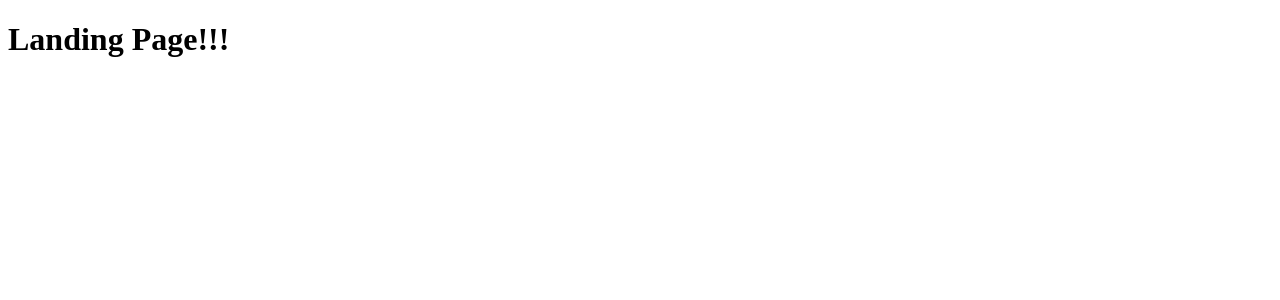
Repository: manojsatya/Web_development
Page: Bootstrap_landing_Page/index.html
These files come from the project's save history. The page is drawn as it stood at one moment and after the next save; the edit follows.
The browser window is 1280 px wide. The pictures show the whole page.

Above is the page before, as saved 2019-05-28 18:48:14.

### Bootstrap_landing_Page/index.html
<!DOCTYPE html>
<html lang="en">
<head>
    <meta charset="UTF-8">
    <meta name="viewport" content="width=device-width, initial-scale=1.0">
    <meta http-equiv="X-UA-Compatible" content="ie=edge">
    <title>Perrrfect Match!!!</title>
</head>
<body>

    <h1>Landing Page!!!</h1>

</body>
</html>

After the next save:
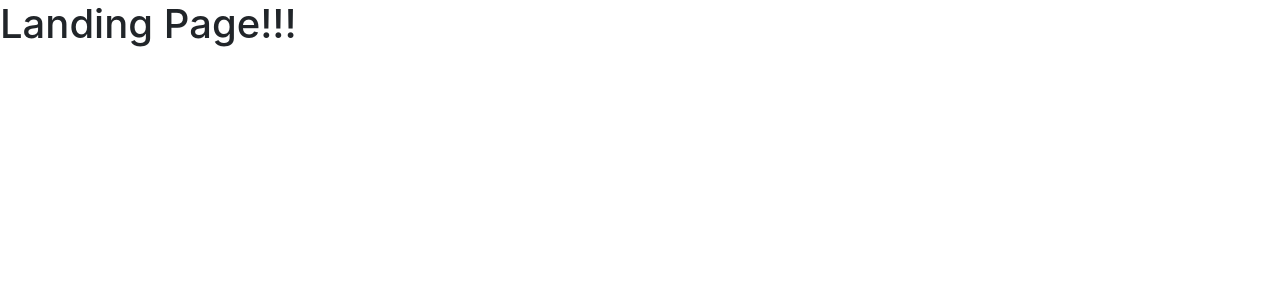
Saved 51 s later.
--- a/Bootstrap_landing_Page/index.html
+++ b/Bootstrap_landing_Page/index.html
@@ -5,6 +5,7 @@
     <meta name="viewport" content="width=device-width, initial-scale=1.0">
     <meta http-equiv="X-UA-Compatible" content="ie=edge">
     <title>Perrrfect Match!!!</title>
+    <link rel="stylesheet" href="https://stackpath.bootstrapcdn.com/bootstrap/4.3.1/css/bootstrap.min.css">
 </head>
 <body>
 
